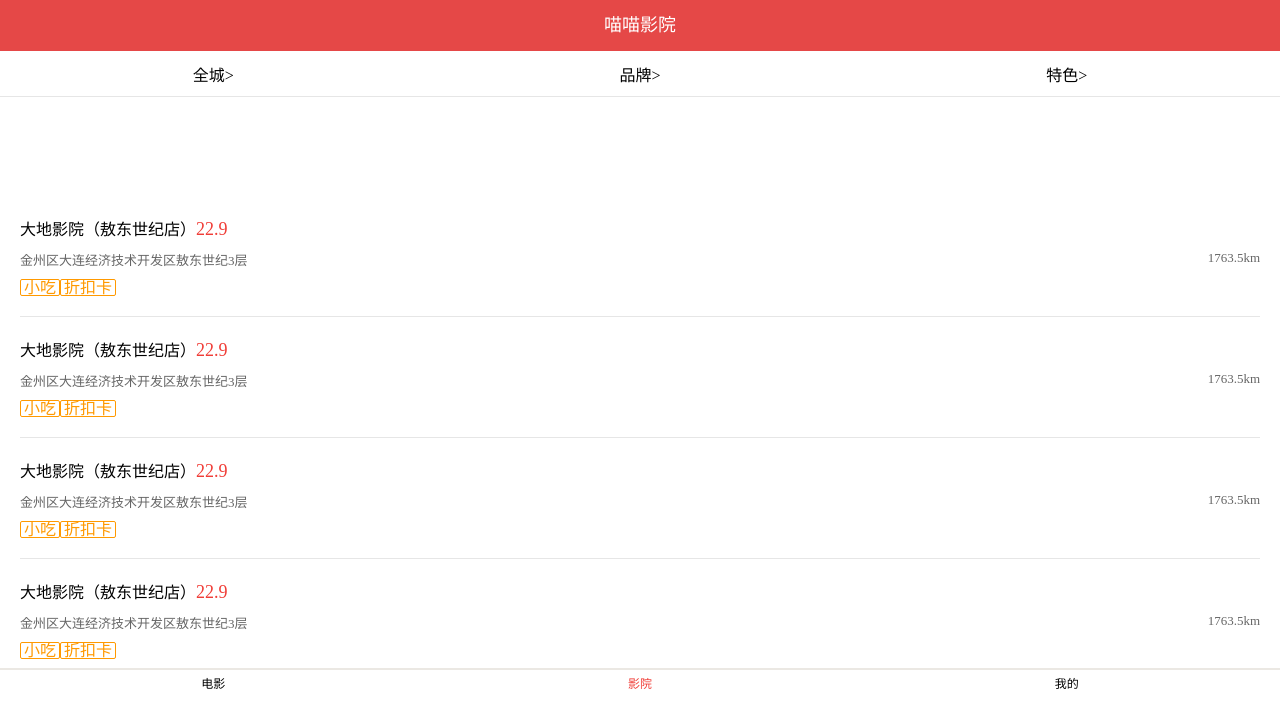
Repository: X-J-0/miaomiao_film
Page: /cinema (app in miaomiao/)
The author's editor kept a copy of each file at every save. The page is drawn from the files as they stood at one save, then again after the next save.
The browser window is 1280 px wide. The pictures show the whole page.
The page's requests for data from a server got no answer. The project was rebuilt for these pictures with package versions that can differ from the ones it lists, and the page was loaded fresh each time. No one was signed in, and anything a server would have sent is missing. Also part of the build but not shown: miaomiao/vue.config.js.

Above is the page before, as saved 2020-03-26 17:31:27.

After the next save:
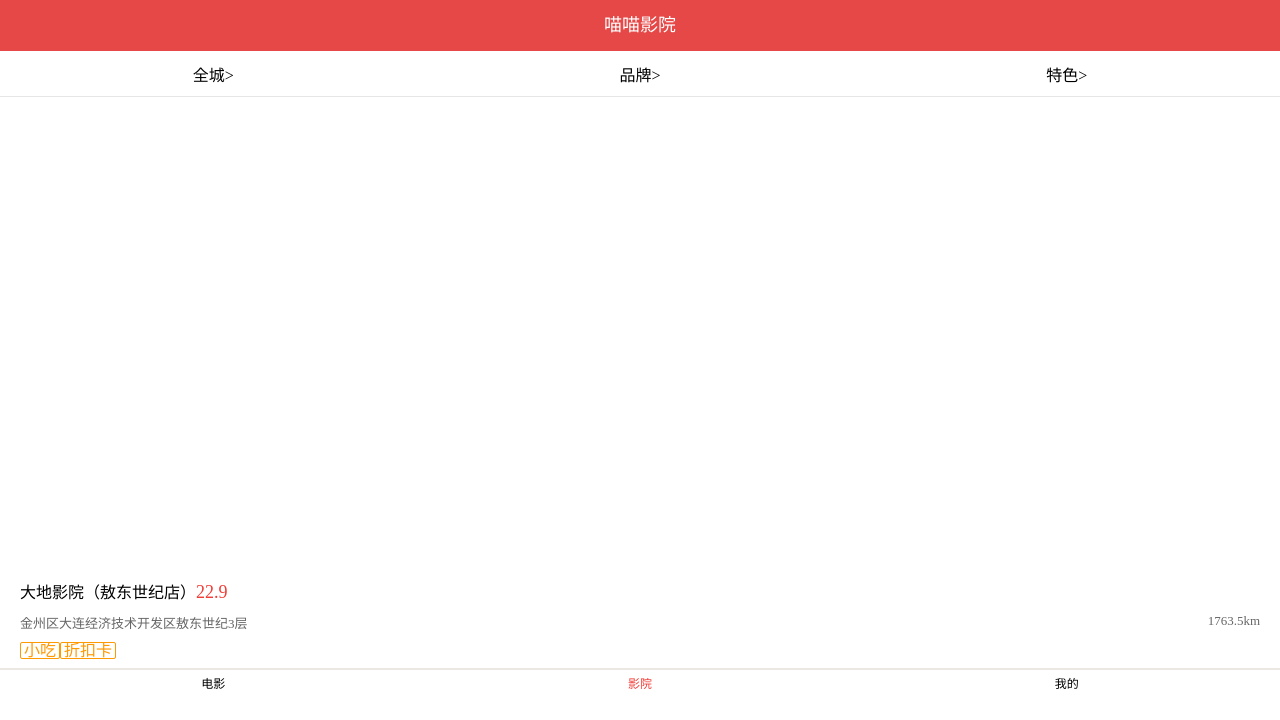
Saved 3 min 34 s later.
--- a/miaomiao/src/components/Allocate/index.vue
+++ b/miaomiao/src/components/Allocate/index.vue
@@ -1,48 +1,6 @@
 <template>
 <div class="cinema_body">
     <ul>
-        <li>
-            <div>
-                <span>大地影院（敖东世纪店）</span>
-                <span class="q"><span class="price">22.9</span></span>
-            </div>
-            <div class="address">
-                <span>金州区大连经济技术开发区敖东世纪3层</span>
-                <span>1763.5km</span>
-            </div>
-            <div class="card">
-                <div>小吃</div>
-                <div>折扣卡</div>
-            </div>
-        </li>
-        <li>
-            <div>
-                <span>大地影院（敖东世纪店）</span>
-                <span class="q"><span class="price">22.9</span></span>
-            </div>
-            <div class="address">
-                <span>金州区大连经济技术开发区敖东世纪3层</span>
-                <span>1763.5km</span>
-            </div>
-            <div class="card">
-                <div>小吃</div>
-                <div>折扣卡</div>
-            </div>
-        </li>
-        <li>
-            <div>
-                <span>大地影院（敖东世纪店）</span>
-                <span class="q"><span class="price">22.9</span></span>
-            </div>
-            <div class="address">
-                <span>金州区大连经济技术开发区敖东世纪3层</span>
-                <span>1763.5km</span>
-            </div>
-            <div class="card">
-                <div>小吃</div>
-                <div>折扣卡</div>
-            </div>
-        </li>
         <li>
             <div>
                 <span>大地影院（敖东世纪店）</span>
@@ -63,11 +21,19 @@
 
 <script>
 export default {
-  name:'AllCity',
+  name:'Allocate',
   data(){
    return {
-
-   }
+       cinemaList:[]
+   };
+  },
+  mounted(){
+      this.axios.get('/api/cinemaList?cityId=10').then((res)=>{
+          var msg = res.data.msg;
+          if(msg === 'ok'){
+              this.cinemaList = res.data.data.cinemas;
+          }
+      })
   }
 }
 </script>
